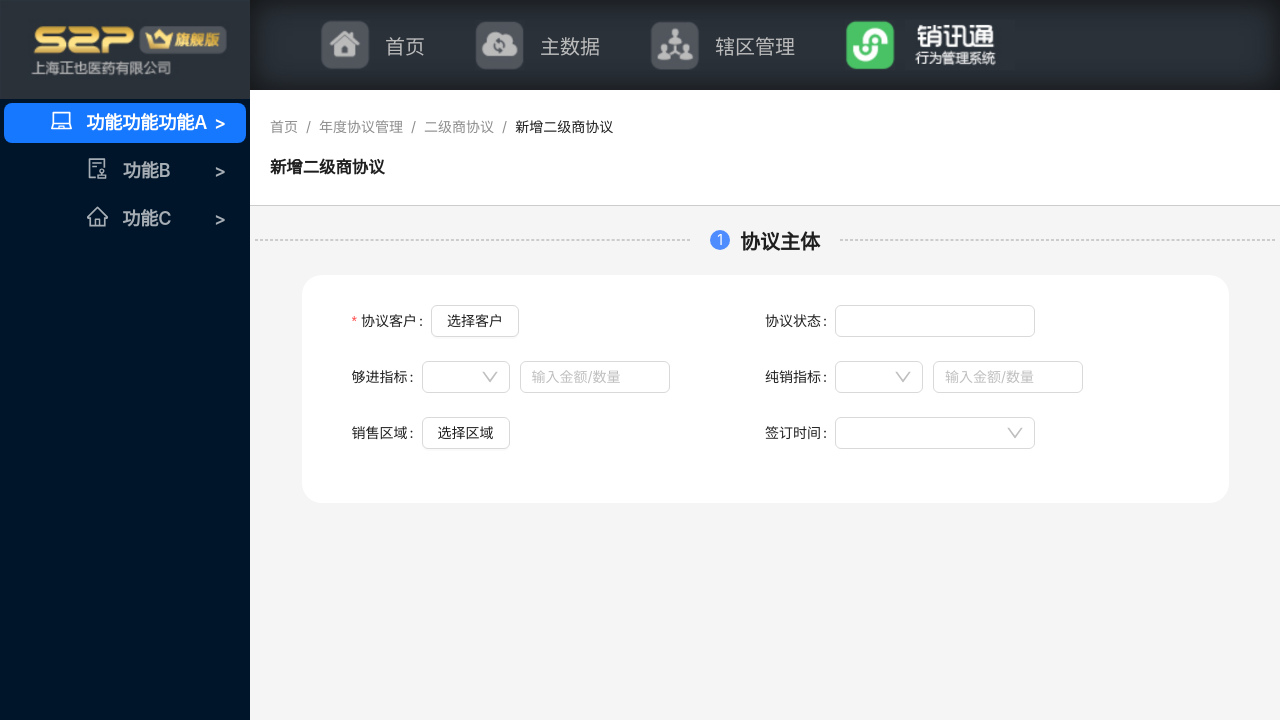
Repository: XiChips/questionB
Page: /
These files come from the project's save history. The page is drawn as it stood at one moment and after the next save; the edit follows.
The browser window is 1280 px wide. The pictures show the whole page.
The project was rebuilt for these pictures with package versions that can differ from the ones it lists, and the page was loaded fresh each time. Also part of the build but not shown: vue.config.js.

Above is the page before, as saved 2024-02-28 12:44:59.

### src/main.js
import { createApp } from 'vue'
import App from './App.vue'
import router from './router'
import store from './store'
import { setupAntd } from './ant-design-vue/index'
import { message } from "ant-design-vue";
import './assets/css/index.css'
// import axios from "axios";
// moment.locale('zh-cn')
const app = createApp(App)
setupAntd(app)
// app.use(Button).use(Layout)
app.use(store).use(router).mount('#app')



// app.config.globalProperties.$axios = axios
app.config.globalProperties.$message = message

### src/router/index.js
import { createRouter, createWebHashHistory } from 'vue-router'

const routes = [
  {
    path: '/',
    name: 'home',
    component: () => import('../views/home.vue')
  },
  {
    path: '/about',
    name: 'about',

    component: () => import('../views/AboutView.vue')
  }
]

const router = createRouter({
  history: createWebHashHistory(),
  routes
})

export default router

### src/ant-design-vue/index.js
import { Button, Layout, Image, Form, Checkbox,Radio, Input, Popover, Menu, Drawer, Breadcrumb, Typography, message, Divider, Table, DatePicker, Popconfirm, Space, InputNumber, Select, PageHeader, Steps, Statistic, Transfer, Upload, Switch, Modal, Tabs } from 'ant-design-vue';

// import 'ant-design-vue/dist/antd.min.css'

const components = [
    Button,
    Layout,
    Form,
    Input,
    Menu,
    Breadcrumb,
    Table,
    Popconfirm,
    Select,
    PageHeader,
    Steps,
    Transfer,
    Upload,
    Switch,
    Modal,
    Tabs,
    Statistic,
    InputNumber,
    Space,
    DatePicker,
    Divider,
    Image,
    Typography,
    Drawer,
    Popover,
    Radio,
    Checkbox
]

export function setupAntd(app) {
    components.forEach(component => {
        app.use(component)
    })
    app.config.globalProperties.$message = message
}

### src/assets/css/index.css
body {
    margin: 0;
}

.logo img {
    width: 100%;
}

:where(.css-dev-only-do-not-override-1hsjdkk).ant-menu-dark {
    background-color: rgb(42, 49, 57);
}

.ant-menu .anticon {
    margin-right: 10px;
    font-size   : 18px;
}


.ant-upload-select-picture-card i {
    font-size: 32px;
    color    : #999;
}

.ant-upload-select-picture-card .ant-upload-text {
    margin-top: 8px;
    color     : #666;
}

.ant-upload-list-picture-card .ant-upload-list-item:hover .ant-upload-list-item-info:before {
    left: 0;
}

.ant-page-header {
    background: #fff;
}

.ant-page-header.has-breadcrumb {
    padding: 5px 24px;
}

.ant-menu {
    font-size  : 18px;
    font-weight: 600;
}

.ant-tabs-tab span {
    color      : #000;
    font-weight: bold;
    display    : inline-block;
}


.ant-upload-list-picture-card .ant-upload-list-item-info:before {
    left: 0
}

hr {
    width       : 90%;
    margin      : 0 auto;
    border-color: #99999910;
}

.title {
    background-color: rgb(42, 49, 57);
    display         : flex;
    height          : fit-content;
    padding         : 20px 70px;
    color           : rgb(187, 187, 187);
    box-shadow      : inset 0px 0 30px #111;
}

.title>div {
    margin-right: 50px;
    font-size   : 20px;
}

.title img {
    width         : 50px;
    height        : 50px;
    margin-right  : 15px;
    vertical-align: middle;
}

.title span {
    display         : inline-block;
    vertical-align  : middle;
    /* margin-bottom: 5px; */
}

:where(.css-dev-only-do-not-override-1hsjdkk).ant-menu-inline.ant-menu-root .ant-menu-item>.ant-menu-title-content,
:where(.css-dev-only-do-not-override-1hsjdkk).ant-menu-inline.ant-menu-root .ant-menu-submenu-title>.ant-menu-title-content {
    flex: none;
}

.anticon svg {
    width : 1.5em;
    height: 1.5em;
}

.title2 {
    display        : flex;
    justify-content: space-between;
    align-items    : center;
}

.title2>div {
    width: 300px;
}

.title2 hr {
    height: 1px;
    border: 1px dashed #ccc;
    margin: 0 5px;
}

.title2 span {
    display         : inline-block;
    width           : 20px;
    height          : 20px;
    line-height     : 20px;
    background-color: rgb(79, 140, 255);
    color           : #fff;
    border-radius   : 50%;
    margin-right    : 10px;
    vertical-align  : middle;
}


.title2 p {
    display       : inline-block;
    font-size     : 20px;
    vertical-align: middle;
    font-weight   : bold;
}

.area {
    background-color: #fff;
    border-radius   : 20px;
    width           : 90%;
    margin          : 0 auto;
    padding         : 30px 50px;
}

.line2 {
    display        : flex;
    justify-content: space-between;
}

.line2>div {
    width: 50%;
}

.area .ant-form-item-control-input {
    width: 25vw;
}

.ant-form-item-control-input-content {
    flex: none !important;
}

:where(.css-dev-only-do-not-override-1hsjdkk).ant-form-item .ant-form-item-label {
    /* position: relative; */
    overflow: visible;
}

:where(.css-dev-only-do-not-override-1hsjdkk).ant-form-item .ant-form-item-label>label.ant-form-item-required:not(.ant-form-item-required-mark-optional)::before {
    position: absolute;
    left    : -12px;
    top     : 7px
}

### src/views/home.vue
<template>
  <a-layout>
    <a-layout>
      <a-layout-sider width="250">
        <a-menu theme="dark" v-model:selectedKeys="selectedKeys" v-model:openKeys="openKeys" mode="inline" :style="{ height: '100%', borderRight: 0 }">
          <div class="logo">
            <img src="../assets/images/logo.png" alt="">
          </div>
          <!-- <hr /> -->

          <div v-for="(item, i) in links" style="display: flex;justify-content: space-between;">
            <a-menu-item v-if="item.children == undefined" :key="`item${i}_0`" @click="changeTab(item.name)">
              <LaptopOutlined v-if="item.name == '功能功能功能A'" />
              <AuditOutlined v-if="item.name == '功能B'" />
              <HomeOutlined v-if="item.name == '功能C'" />
              {{ item.name }}
              <span style="position: absolute;right: 20px;">{{ ">" }}</span>
            </a-menu-item>

          </div>
        </a-menu>
      </a-layout-sider>
      <a-layout style="padding: 0px 0px 24px" theme="dark">
        <a-layout-content :style="{ background: 'rgb(245,245,245)', padding: '0px', margin: 0, minHeight: '280px', }">

          <div class="title">
            <div><img src="../assets/images/icon1.png" alt=""><span>首页</span></div>
            <div><img src="../assets/images/icon2.png" alt=""><span>主数据</span></div>
            <div><img src="../assets/images/icon3.png" alt=""><span>辖区管理</span></div>
            <div><img src="../assets/images/icon4.png" alt=""><img src="../assets/images/text.png" style="width: auto;margin-left: -5px;" alt=""></div>
          </div>
          <div style="padding: 10px 20px;background-color: rgb(255,255,255);border-bottom: 1px solid #ccc;">
            <a-breadcrumb :style="{ margin: '36px 20px' }">
              <a-breadcrumb-item>首页</a-breadcrumb-item>
              <a-breadcrumb-item>年度协议管理</a-breadcrumb-item>
              <a-breadcrumb-item>二级商协议</a-breadcrumb-item>
              <a-breadcrumb-item>新增二级商协议</a-breadcrumb-item>
            </a-breadcrumb>
            <h3 style="text-align: left;">
              新增二级商协议
            </h3>
          </div>
          <div class="content">
            <div class="title2">
              <hr>
              <div>
                <span>1</span>
                <p>协议主体</p>
              </div>
              <hr>
            </div>
            <div class="area">
              <a-form :model="formState" autocomplete="off" @finish="onFinish" @finishFailed="onFinishFailed">
                <div class="line2">

                  <a-form-item label="协议客户" :rules="[{ required: true}]">
                    <a-button v-if="visible" @click="selectCustom">选择客户</a-button>
                    <a-select v-if="!visible" v-model:value="inputs.value1" show-search placeholder="" style="width: 200px" :options="options" :filter-option="filterOption" @focus="handleFocus" @blur="handleBlur" @change="changeCustom"></a-select>
                    <span style="margin-left: 20px;">{{ inputs.value1 }}</span>
                  </a-form-item>
                  <a-form-item label="协议状态">
                    <a-select v-model:value="inputs.value2" placeholder="" style="width: 200px" :options="options2" :filter-option="filterOption" @focus="handleFocus" @blur="handleBlur" @change="handleChange">
                      <template #suffixIcon>
                        <down-outlined />
                      </template>
                    </a-select>
                  </a-form-item>
                </div>
                <div class="line2">
                  <a-form-item label="够进指标">
                    <a-select v-model:value="inputs.value3" placeholder="" style="width: 88px" :options="options3" :filter-option="filterOption" @focus="handleFocus" @blur="handleBlur" @change="handleChange"></a-select>
                    <a-input v-model:value="inputs.value3" placeholder="输入金额/数量" style="width: 150px;margin-left: 10px;"></a-input>
                  </a-form-item>
                  <a-form-item label="纯销指标">
                    <a-select v-model:value="inputs.value3" placeholder="" style="width: 88px" :options="options3" :filter-option="filterOption" @focus="handleFocus" @blur="handleBlur" @change="handleChange"></a-select>
                    <a-input v-model:value="inputs.value3" placeholder="输入金额/数量" style="width: 150px;margin-left: 10px;"></a-input>
                  </a-form-item>
                </div>
                <div class="line2">
                  <a-form-item label="销售区域">
                    <a-button v-if="visible2" @click="selectArea">选择区域</a-button>
                    <a-select v-if="!visible2" v-model:value="inputs.value7c" placeholder="" style="width: 88px" :options="options4" :filter-option="filterOption" @focus="handleFocus" @blur="handleBlur" @change="changeArea"></a-select>
                    <a-button type="primary" v-if="inputs.value7.length" v-for="item in inputs.value7" style="margin-left: 20px;">{{ item }}</a-button>
                  </a-form-item>
                  <a-form-item label="签订时间">
                    <a-select v-model:value="value" placeholder="" style="width: 200px" :options="options2" :filter-option="filterOption" @focus="handleFocus" @blur="handleBlur" @change="handleChange"></a-select>
                  </a-form-item>
                </div>
              </a-form>

            </div>
          </div>
          <!-- <router-view v-else></router-view> -->
        </a-layout-content>
      </a-layout>

    </a-layout>
  </a-layout>
</template>
<script>
import {
  UserOutlined,
  LaptopOutlined,
  NotificationOutlined,
  HomeOutlined,
  TeamOutlined,
  DesktopOutlined,
  BarChartOutlined,
  ContactsOutlined,
  AuditOutlined,
  ScheduleOutlined,
  ToolOutlined,
  FundProjectionScreenOutlined,
  UserSwitchOutlined,
  TransactionOutlined,
  downOutlined,
} from "@ant-design/icons-vue";
import { defineComponent, ref } from "vue";

export default defineComponent({
  components: {
    UserOutlined,
    LaptopOutlined,
    NotificationOutlined,
    HomeOutlined,
    TeamOutlined,
    DesktopOutlined,
    BarChartOutlined,
    ContactsOutlined,
    AuditOutlined,
    ScheduleOutlined,
    ToolOutlined,
    FundProjectionScreenOutlined,
    UserSwitchOutlined,
    TransactionOutlined,
    downOutlined,
  },
  name: "home",
  data() {
    return {
      activeKey: 0,
      formState: {
        username: "",
        password: "",
      },
      inputs: {
        value1: "",
        value2: "",
        value3: "",
        value4: "",
        value7c: "",
        value7: [],
      },
      visible: true,
      visible2: true,
      links: [
        {
          name: "功能功能功能A",
        },
        {
          name: "功能B",
        },
        {
          name: "功能C",
        },
      ],
      options: [{ value: "上海正也医药有限公司", id: "上海正也医药有限公司" }],
      options2: [{ value: "正常", id: "正常" }, { value: "异常", id: "异常" }],
      options3: [{ value: "金额", id: "金额" }, { value: "金额", id: "金额" }],
      options4: [{ value: "全国", id: "全国" }, { value: "上海", id: "上海" }],
      pages: [{ name: "首页", link: "/" }],
      routes: [],
    };
  },
  setup() {
    return {
      selectedKeys: ref(["item0_0"]),
      collapsed: ref(false),
      openKeys: ref(["title1"]),
      basePath: "/index",
    };
  },
  methods: {
    changeTab() {

    },
    selectCustom() {
      this.visible = false
    },
    changeCustom() {
      this.visible = true
    },
    selectArea() {
      this.visible2 = false
      this.inputs.value7c=""
    },
    changeArea() {
      this.visible2 = true
      this.inputs.value7.push(this.inputs.value7c)
      this.inputs.value7 = Array.from(new Set(this.inputs.value7))
    },
  },
  created() { },
  beforeMounte() { },
  mounted() {

  },
  watch: {
    $route(to, from) {
      // console.log(from.path);//从哪来
      // console.log(to.path);//到哪去
    },
  },
});
</script>
<style>
.ant-layout {
  height: 100vh;
}
.ant-breadcrumb {
  margin: 16px 0 !important;
}
</style>

Loaded but not shown: public/index.html (common file); src/App.vue (common file); src/store/index.js (common file)

After the next save:
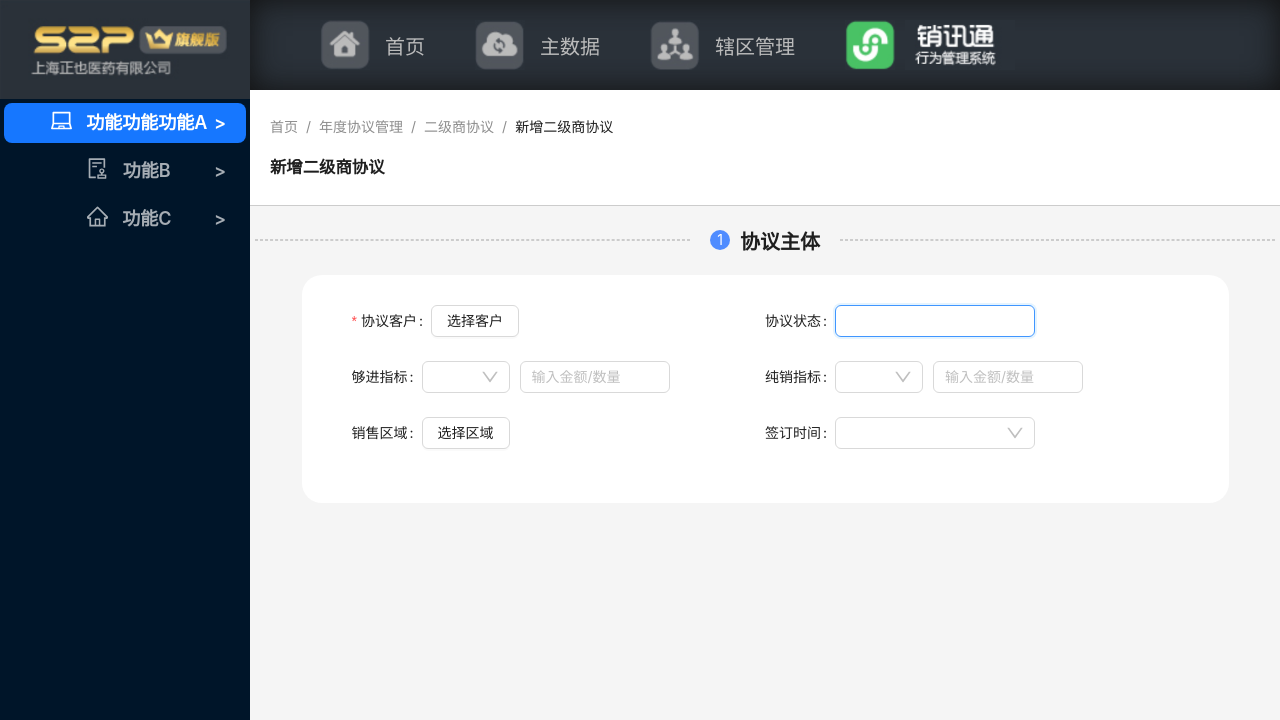
Saved 11 s later.
--- a/src/views/home.vue
+++ b/src/views/home.vue
@@ -59,7 +59,7 @@
                     <span style="margin-left: 20px;">{{ inputs.value1 }}</span>
                   </a-form-item>
                   <a-form-item label="协议状态">
-                    <a-select v-model:value="inputs.value2" placeholder="" style="width: 200px" :options="options2" :filter-option="filterOption" @focus="handleFocus" @blur="handleBlur" @change="handleChange">
+                    <a-select autofocus v-model:value="inputs.value2" placeholder="" style="width: 200px" :options="options2" :filter-option="filterOption" @focus="handleFocus" @blur="handleBlur" @change="handleChange">
                       <template #suffixIcon>
                         <down-outlined />
                       </template>

After the 4 saves that followed:
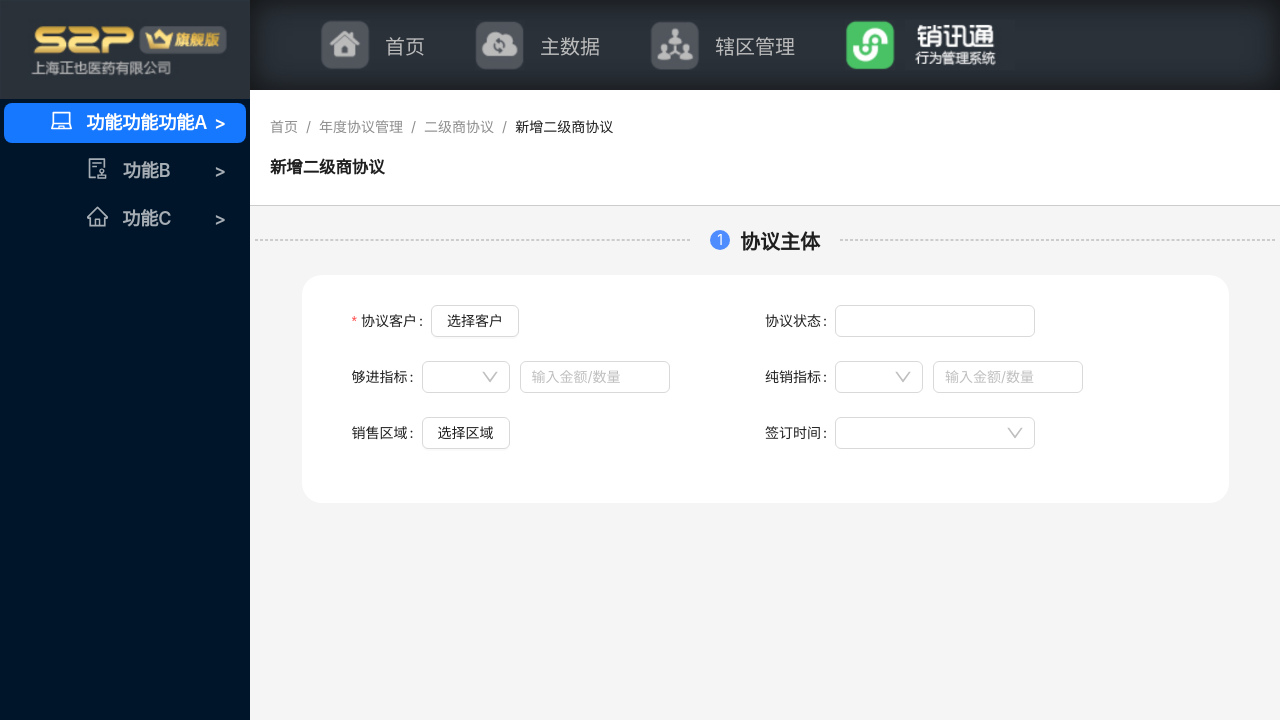
The 4 saves are shown as one change because they came seconds apart.
The last was saved 26 s later.
--- a/src/views/home.vue
+++ b/src/views/home.vue
@@ -55,11 +55,11 @@
 
                   <a-form-item label="协议客户" :rules="[{ required: true}]">
                     <a-button v-if="visible" @click="selectCustom">选择客户</a-button>
-                    <a-select v-if="!visible" v-model:value="inputs.value1" show-search placeholder="" style="width: 200px" :options="options" :filter-option="filterOption" @focus="handleFocus" @blur="handleBlur" @change="changeCustom"></a-select>
+                    <a-select defaultOpen v-if="!visible" v-model:value="inputs.value1" show-search placeholder="" style="width: 200px" :options="options" :filter-option="filterOption" @focus="handleFocus" @blur="handleBlur" @change="changeCustom"></a-select>
                     <span style="margin-left: 20px;">{{ inputs.value1 }}</span>
                   </a-form-item>
                   <a-form-item label="协议状态">
-                    <a-select autofocus v-model:value="inputs.value2" placeholder="" style="width: 200px" :options="options2" :filter-option="filterOption" @focus="handleFocus" @blur="handleBlur" @change="handleChange">
+                    <a-select v-model:value="inputs.value2" placeholder="" style="width: 200px" :options="options2" :filter-option="filterOption" @focus="handleFocus" @blur="handleBlur" @change="handleChange">
                       <template #suffixIcon>
                         <down-outlined />
                       </template>
